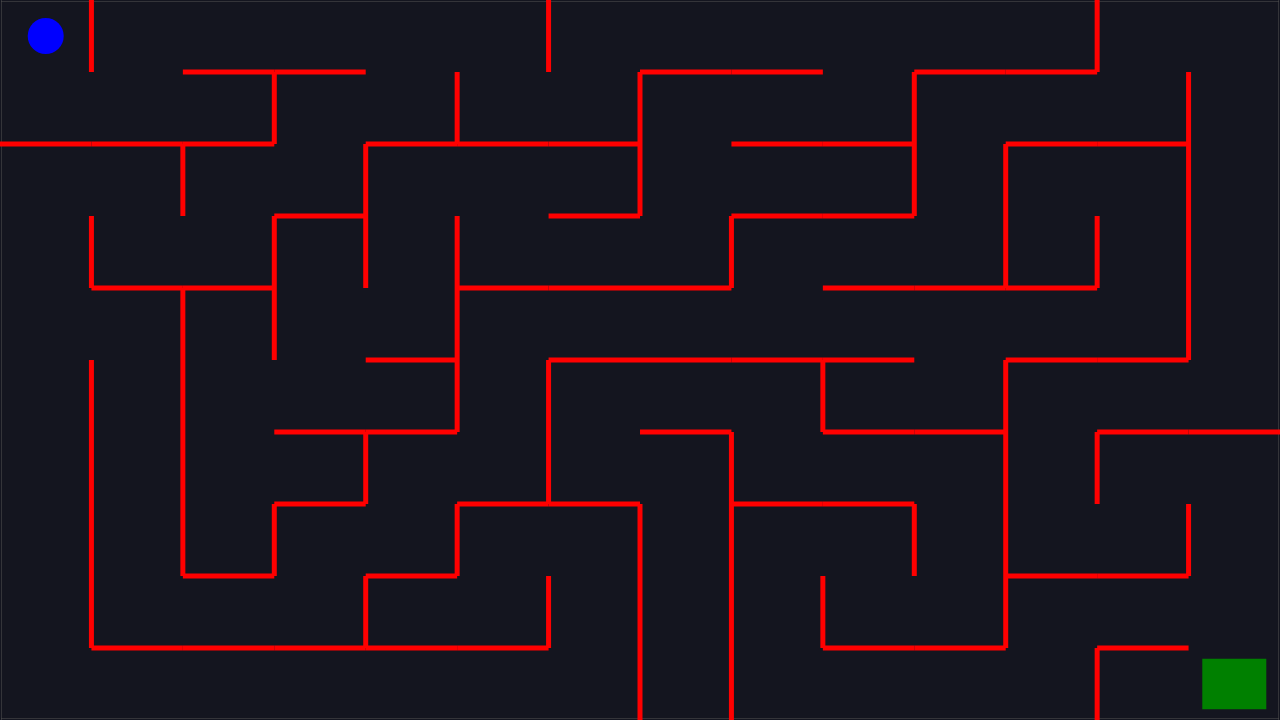
Repository: zhapar/JS-Bootcamp
Page: 3. Maze/index.html
These files come from the project's save history. The page is drawn as it stood at one moment and after the next save; the edit follows.
The browser window is 1280 px wide. The pictures show the whole page.
Some web libraries are served in a nearby version.

Above is the page before, as saved 2020-07-17 18:11:45.

### 3. Maze/index.html
<!DOCTYPE html>
<html lang="en">
  <head>
    <meta charset="UTF-8" />
    <meta name="viewport" content="width=device-width, initial-scale=1.0" />
    <script
      src="https://cdnjs.cloudflare.com/ajax/libs/matter-js/0.14.2/matter.min.js"
      integrity="sha512-pi0tSRZdlNRZeANPwdAIHRAYg6gZZV6QlAiyHXn5TYqLzBKE9jlttO/QgYLMhISD6oNv2kPsVelx+n5nw0FqKA=="
      crossorigin="anonymous"
    ></script>
    <title>Maze</title>
    <style>
      * {
        margin: 0;
        padding: 0;
        overflow: hidden;
      }

      .hidden {
        display: none !important;
      }

      .winner {
        display: flex;
        justify-content: center;
        align-items: center;
        position: absolute;
        height: 100vh;
        width: 100vw;
        z-index: 1;
      }

      h1 {
        color: #fff;
        font-size: 70px;
      }

      .restart {
        border: none;
        background-color: #111;
        color: #fff;
      }
    </style>
  </head>

  <body>
    <div class="winner hidden">
      <h1>You Win!</h1>
      <button class="restart">NEW GAME</button>
    </div>
    <script src="app.js"></script>
  </body>
</html>

### 3. Maze/app.js
const {
  Engine,
  Render,
  Runner,
  World,
  Bodies,
  Body,
  Events,
  // Mouse, *For  mouse*
  // MouseConstraint,
} = Matter;

const cellsHorizontal = 14;
const cellsVertical = 10;
const width = window.innerWidth;
const height = window.innerHeight;

const unitLengthX = width / cellsHorizontal;
const unitLengthY = height / cellsVertical;

const engine = Engine.create();

// Remove grvity from y axis
engine.world.gravity.y = 0;

const { world } = engine;
const render = Render.create({
  element: document.body,
  engine: engine,
  options: {
    wireframes: false,
    width,
    height,
  },
});

Render.run(render);
Runner.run(Runner.create(), engine);

//  ** To move shapes with mouse **
// World.add(
//   world,
//   MouseConstraint.create(engine, {
//     mouse: Mouse.create(render.canvas),
//   })
// );

// Walls
const walls = [
  Bodies.rectangle(width / 2, 0, width, 2, { isStatic: true }),
  Bodies.rectangle(width / 2, height, width, 2, { isStatic: true }),
  Bodies.rectangle(0, height / 2, 2, height, { isStatic: true }),
  Bodies.rectangle(width, height / 2, 2, height, { isStatic: true }),
];
World.add(world, walls);

// To create a random shapes
// for (let i = 0; i < 50; i++) {
//   if (Math.random() > 0.5) {
//     World.add(
//       world,
//       Bodies.rectangle(Math.random() * width, Math.random() * height, 50, 50)
//     );
//   } else {
//     World.add(
//       world,
//       Bodies.circle(Math.random() * width, Math.random() * height, 35, {
//         render: {
//           fillStyle: "red",
//         },
//       })
//     );
//   }
// }

// Maze generation

const shuffle = (arr) => {
  let counter = arr.length;

  while (counter > 0) {
    const index = Math.floor(Math.random() * counter);

    counter--;

    const temp = arr[counter];
    arr[counter] = arr[index];
    arr[index] = temp;
  }

  return arr;
};

const grid = Array(cellsVertical)
  .fill(null)
  .map(() => Array(cellsHorizontal).fill(false));

const verticals = Array(cellsVertical)
  .fill(null)
  .map(() => Array(cellsHorizontal - 1).fill(false));

const horizontals = Array(cellsVertical - 1)
  .fill(null)
  .map(() => Array(cellsHorizontal).fill(false));

const startRow = Math.floor(Math.random() * cellsVertical);
const startColumn = Math.floor(Math.random() * cellsHorizontal);

const stepThroughCell = (row, column) => {
  // If i have visited the cell at [row, column], then return
  if (grid[row][column]) {
    return;
  }

  // Mark this cell as being visited
  grid[row][column] = true;

  // Assemble randomly-ordered lisy of neighbors
  const neighbors = shuffle([
    [row - 1, column, "up"],
    [row, column + 1, "right"],
    [row + 1, column, "down"],
    [row, column - 1, "left"],
  ]);

  // For each neighbor
  for (let neighbor of neighbors) {
    const [nextRow, nextColumn, direction] = neighbor;

    // See if that neighbour out of the bounds
    if (
      nextRow < 0 ||
      nextRow >= cellsVertical ||
      nextColumn < 0 ||
      nextColumn >= cellsHorizontal
    ) {
      continue;
    }

    // If we have visited that neighbor, continue to next neighbor
    if (grid[nextRow][nextColumn]) {
      continue;
    }

    // Remove a wall from either horizontals or verticals
    if (direction === "left") {
      verticals[row][column - 1] = true;
    } else if (direction === "right") {
      verticals[row][column] = true;
    } else if (direction === "up") {
      horizontals[row - 1][column] = true;
    } else if (direction === "down") {
      horizontals[row][column] = true;
    }

    // Visit that next cell
    stepThroughCell(nextRow, nextColumn);
  }
};

stepThroughCell(startRow, startColumn);

horizontals.forEach((row, rowIndex) => {
  row.forEach((open, columnIndex) => {
    if (open) {
      return;
    }

    const wall = Bodies.rectangle(
      columnIndex * unitLengthX + unitLengthX / 2,
      rowIndex * unitLengthY + unitLengthY,
      unitLengthX,
      5,
      {
        label: "wall",
        isStatic: true,
        render: {
          fillStyle: "red",
        },
      }
    );

    World.add(world, wall);
  });
});

verticals.forEach((row, rowIndex) => {
  row.forEach((open, columnIndex) => {
    if (open) {
      return;
    }

    const wall = Bodies.rectangle(
      columnIndex * unitLengthX + unitLengthX,
      rowIndex * unitLengthY + unitLengthY / 2,
      5,
      unitLengthY,
      {
        label: "wall",
        isStatic: true,
        render: {
          fillStyle: "red",
        },
      }
    );

    World.add(world, wall);
  });
});

const goal = Bodies.rectangle(
  width - unitLengthX / 2,
  height - unitLengthY / 2,
  unitLengthX * 0.7,
  unitLengthY * 0.7,
  {
    isStatic: true,
    label: "goal",
    render: {
      fillStyle: "green",
    },
  }
);

World.add(world, goal);

const ballRadius = Math.min(unitLengthX, unitLengthY) / 4;
const ball = Bodies.circle(unitLengthX / 2, unitLengthY / 2, ballRadius, {
  label: "ball",
  render: {
    fillStyle: "blue",
  },
});
World.add(world, ball);

document.addEventListener("keydown", moveBall);

function moveBall(e) {
  const { x, y } = ball.velocity;

  if (e.keyCode === 87 || e.keyCode === 38) {
    Body.setVelocity(ball, { x, y: y - 5 });
  }
  if (e.keyCode === 68 || e.keyCode === 39) {
    Body.setVelocity(ball, { x: x + 5, y });
  }
  if (e.keyCode === 83 || e.keyCode === 40) {
    Body.setVelocity(ball, { x, y: y + 5 });
  }
  if (e.keyCode === 65 || e.keyCode === 37) {
    Body.setVelocity(ball, { x: x - 5, y });
  }
}

Events.on(engine, "collisionStart", (event) => {
  event.pairs.forEach((collision) => {
    const labels = ["ball", "goal"];

    if (
      labels.includes(collision.bodyA.label) &&
      labels.includes(collision.bodyB.label)
    ) {
      document.querySelector(".winner").classList.remove("hidden");
      world.gravity.y = 1;
      world.bodies.forEach((body) => {
        if (body.label === "wall") {
          Body.setStatic(body, false);
        }
      });
    }
  });
});

After the next save:
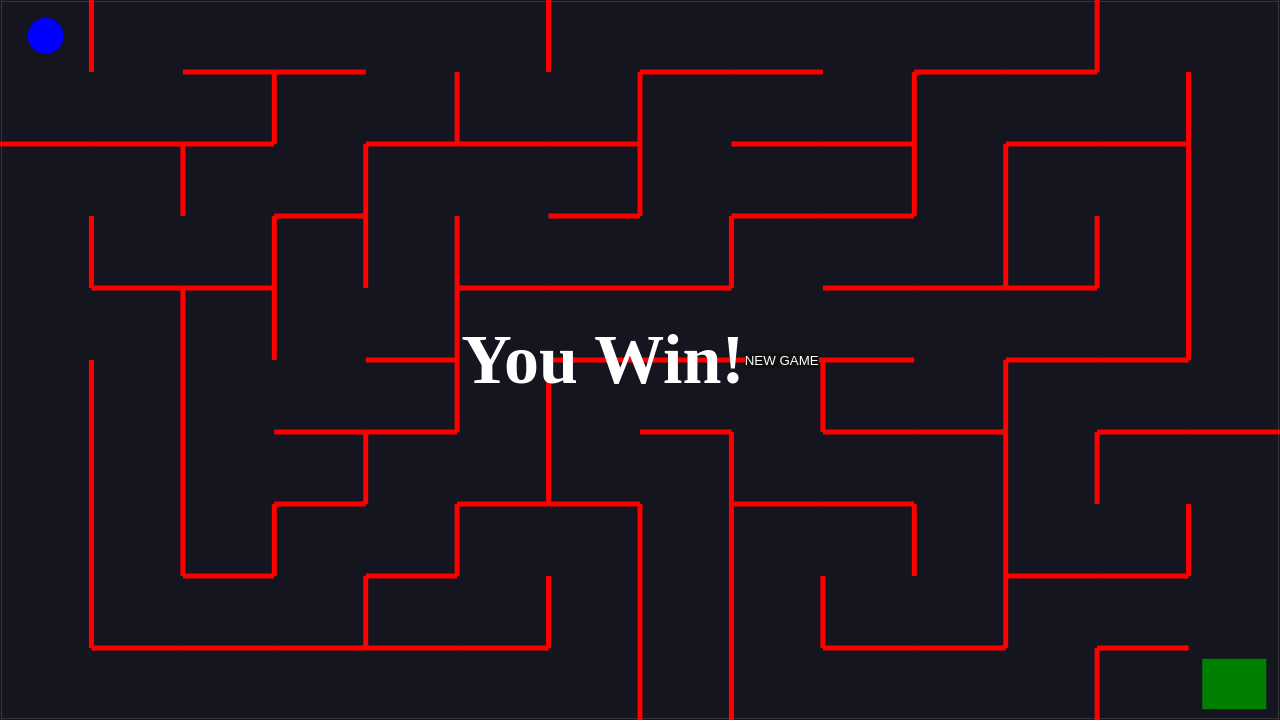
Saved 16 s later.
--- a/3. Maze/index.html
+++ b/3. Maze/index.html
@@ -16,9 +16,9 @@
         overflow: hidden;
       }
 
-      .hidden {
+      /* .hidden {
         display: none !important;
-      }
+      } */
 
       .winner {
         display: flex;
